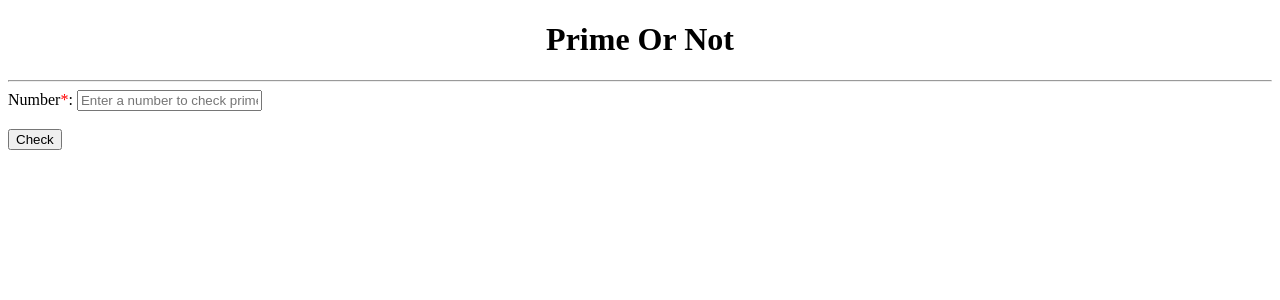
Repository: Gani25/adv_java_b2
Page: http://localhost/jsp_demo/check_number.jsp
An editor plug-in stored every save of this project. The page is shown before and after the next save, followed by the edit.
The browser window is 1280 px wide. The pictures show the whole page.
The page is served by Tomcat 9.

Above is the page before, as saved 2025-08-25 10:32:38.

After the next save:
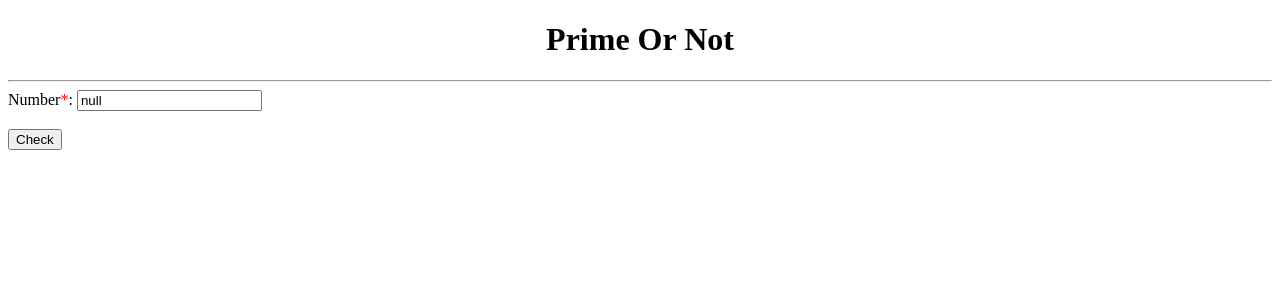
Saved 75 s later.
--- a/jsp_demo/src/main/webapp/check_number.jsp
+++ b/jsp_demo/src/main/webapp/check_number.jsp
@@ -13,7 +13,7 @@
 	<hr>
 	<form action="#">
 		<label for="num">Number<span style="color:red">*</span>: </label> <input type="text" id="num"
-			name="number" placeholder="Enter a number to check prime or not">
+			name="number" value="<%=request.getParameter("number") %>" placeholder="Enter a number to check prime or not">
 		<br> <br> <input type="submit" value="Check">
 	</form>
 
